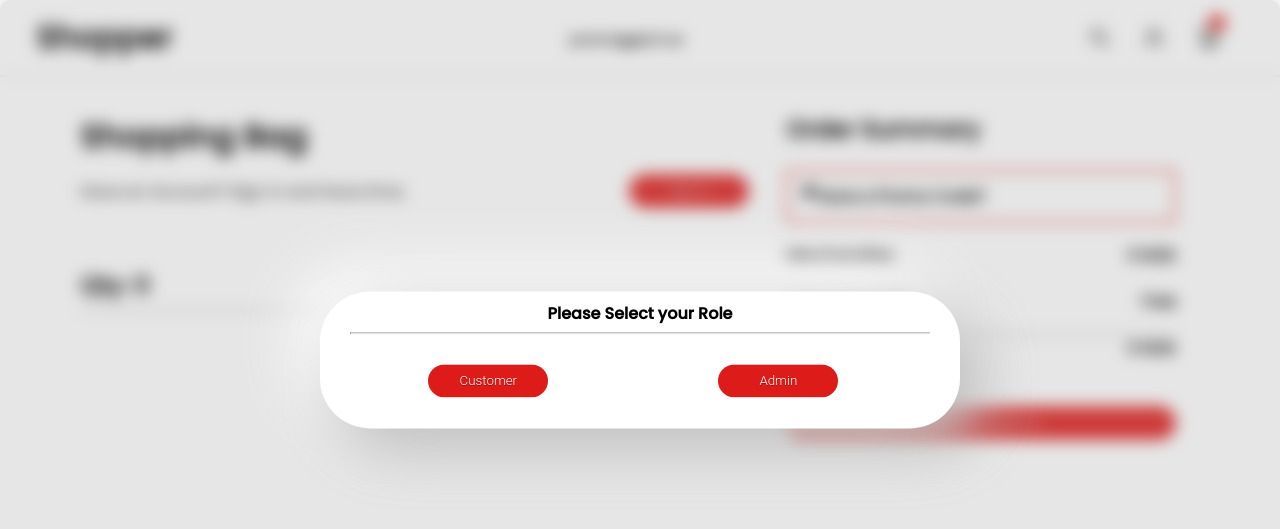
Repository: coolronts/aize-project
Page: /cart
These files come from the project's save history. The page is drawn as it stood at one moment and after the next save; the edit follows.
The browser window is 1280 px wide. The pictures show the whole page.
The project was rebuilt for these pictures with package versions that can differ from the ones it lists, and the page was loaded fresh each time. Also part of the build but not shown: src/components/CartItem/CartItem.tsx, src/pages/Shop/shop.module.css, src/components/Card/Card.tsx, src/components/EditModal/editModal.module.css, src/components/EditModal/EditModal.tsx, src/components/AddModal/addModal.module.css, src/components/AddModal/AddModal.tsx, src/pages/Shop/Shop.tsx.

Above is the page before, as saved 2021-09-17 11:41:15.

### src/index.css
* {
    line-height: 1.6;
}

h1 {
    font-size: 2em;
}

h2 {
    font-size: 1.5em;
}

h3 {
    font-size: 1.17em;
}

h4 {
    font-size: 1em;
}

### src/App.tsx
import React, { useState, useEffect } from 'react';
import {BrowserRouter,Switch,Route} from 'react-router-dom';

//components
import Cart from "./pages/Cart/Cart"
import Shop from "./pages/Shop/Shop"
import Modal from "./components/Modal/Modal"
import Header from "./components/Header/Header"

//context
import {UserContextProvider} from './context/user'
import {CommonContextProvider} from './context/common'

//interface
import {ProductCartType, IProduct} from './interfaces'

//api
import {Get, Delete} from './api/api'

const App: React.FunctionComponent = () => {
  //States
  //user States
  const [id, setId] = useState<number|null>(null)
  const [role, setRole]= useState<'ADMIN'|'CUSTOMER'|null>(null)

  //product States
  const [products, setProducts] = useState<ProductCartType[]>([])
  const [allProducts, setAllProducts] = useState<IProduct[]>([])
  const [cartQty, setCartQty] = useState<number>(0)

  //common States
  const [isLoading,setIsLoading] = useState<boolean>(false)
  const updateIsLoading = (state:boolean)=>{setIsLoading(state)}

  const [isError,setIsError] = useState<boolean>(false)
  const updateIsError = (state:boolean)=>{setIsError(state)}

  const [isEdit, setIsEdit] = useState<string>('')
  const updateIsEdit = (type:string)=>{setIsEdit(type)}

  const [isAdd, setIsAdd] = useState<boolean>(false)
  const updateIsAdd = (state:boolean)=>{setIsAdd(state)}


  const [selectedProduct, setSelectedProduct] = useState<IProduct>({} as IProduct)
  const updateSelectedProduct = (product: IProduct)=>{setSelectedProduct(product)}


  const getAllProducts = ()=>{
    updateIsLoading(true)
    Get.getProducts()
    .then(response => (setAllProducts(response)))
    .catch(error => (setIsError(error)))
    updateIsLoading(false)
  }

  const DeleteProduct = (id:number)=>{
    updateIsLoading(true)
    Delete.deleteProduct(id)
    .then(() => getAllProducts())
  }

  const addUser = (_id:number) =>{
    updateIsLoading(true)
    setId(()=>_id);
    (_id%2===0) ? setRole(()=>'CUSTOMER') : setRole(()=>'ADMIN')
    updateIsLoading(false)
  }

  const addProduct = (_id:number, _quantity:number) =>{
    const foundProduct = products.find(x => x.id === _id)
    if(foundProduct){foundProduct.quantity += _quantity}
    else{setProducts(products.concat({id:_id,quantity:_quantity}))}
    setCartQty(()=>cartQty+1)
  }

  const addCart = async (_cart:ProductCartType[])=>{setProducts(()=>(_cart))}

  useEffect(() =>{
    if(id != null){
      updateIsLoading(true)
      Get.getUserCart(id)
      .then(response =>{
        if(response.products != null){
          addCart(response.products)
          let totalQty = 0
          response.products.map((product) => totalQty += product.quantity)
          setCartQty(totalQty)
          updateIsLoading(false)}
        }
      )}
  },[id])


  const userContextValues ={Cart:{id,products},cartQty, role,addUser,addProduct, addCart, DeleteProduct}
  const commonContextValues = {selectedProduct, updateSelectedProduct, isLoading, isError, updateIsError, updateIsLoading, allProducts,  getAllProducts, isEdit, updateIsEdit, isAdd, updateIsAdd}


  return (
    <CommonContextProvider value={commonContextValues}>
      <UserContextProvider value={userContextValues}>
        {(id==null || isLoading ) && <Modal/>}
        <BrowserRouter>
          <Header/>
          <Switch>
            <Route path="/" exact component={Shop}/>
            {<Route path="/cart" exact component={Cart}/>}
          </Switch>
        </BrowserRouter>
      </UserContextProvider>
    </CommonContextProvider>
  )
};

export default App;

### src/pages/Cart/Cart.tsx
import React,{useContext,  useState} from 'react';
import styles from './cart.module.css';
import {AiFillTag} from "react-icons/ai";

//components
import CartItem from '../../components/CartItem/CartItem'

//context
import UserContext from '../../context/user'
const Cart: React.FunctionComponent = () => {

  const userContext = useContext(UserContext)
  const productsList = userContext.Cart.products

  const[total,setTotal]= useState<number>(0)

  const updateTotal = (newPrice:number):void =>{setTotal((prevState)=>newPrice+prevState)}

  return (
    <div className={styles.container}>
      <div className={styles.shoppingBag}>
        <h1>Shopping Bag</h1>
        <div className={styles.signInContainer}>
          <p>Have an Account? Sign in and Save time.</p>
          <button>Sign In </button>
        </div>
        <div className={styles.cart}>
          <h2>Qty: {userContext.cartQty} </h2>
          <hr/>
          {productsList.map((item,index) => {
            return (
              <div key={index}>
                <CartItem id={item.id} qty={item.quantity}  updateTotal={updateTotal}/>
              </div>
            )
          })}
        </div>
      </div>
      <div className={styles.orderSummary}>
        <h2>Order Summary</h2>
        <div className={styles.promoCode}>
          <AiFillTag/>
          <h4>Have a Promo Code?</h4>
        </div>
        <div className={styles.price}>
          <h4>Merchandise:</h4>
          <strong>{total} NOK</strong>
        </div>
        <div className={styles.price}>
          <h4>Estimated Ship:</h4>
          <strong>Free</strong>
        </div>
        <hr/>
        <div className={styles.price}>
          <h3><strong>Order Total</strong></h3>
          <strong>{total} NOK</strong>
        </div>
        <div className={styles.PayButtonContainer}>
          <button>Proceed to Checkout</button>
        </div>
      </div>
    </div>
  )
};

export default Cart;

### src/components/Modal/Modal.tsx
import React, { useContext } from 'react';
import styles from './modal.module.css'

//context
import UserContext from '../../context/user'
import CommonContext from '../../context/common'

const Modal: React.FunctionComponent = () => {
  const userContext = useContext(UserContext)
  const commonContext = useContext(CommonContext)

  return (
    <div className={styles.container}>
      <div className={styles.modal}>
        {commonContext.isLoading ?
          <div className={styles.loaderContainer}>
            <div className={styles.loader}></div>
          </div>

        :
          <>
            <h4>Please Select your Role</h4>
            <hr/>
            <div className={styles.buttonContainer}>
              <button onClick={()=>{!userContext.Cart.id && userContext.addUser(Math.floor(Math.random() * 49)*2)}}>Customer</button>
              <button onClick={()=>{!userContext.Cart.id && userContext.addUser(Math.floor(Math.random() * 49)*2 + 1)}}>Admin</button>
            </div>
          </>
        }
      </div>
    </div>
  )
}

export default Modal

### src/components/Header/Header.tsx
import React, {useContext} from 'react';
import styles from './header.module.css';
import {Link} from "react-router-dom";
//component
import Logo from '../Logo/Logo'
//context
import UserContext from '../../context/user';

const Header: React.FunctionComponent = () => {
  const userContext = useContext(UserContext)
  const role = userContext.role

  return (
    <header>
      <div>
        <Link to="/" className={styles.linkStyle}><h1>Shopper</h1></Link>
      </div>
      <h3 className={styles.role}> <span>you're logged in as </span>{role}</h3>
      <div className={styles.logoContainer}>
        <Logo logo={"search"}/>
        <Logo logo={"user"}/>
        <Logo logo={"cart"}/>
      </div>
    </header>
  )
}

export default Header

### src/context/user.ts
import { createContext } from "react";
import {IUserProp, ProductCartType} from '../interfaces'

//initializing the state
const UserContext = createContext<IUserProp>({
  Cart:{id:null,products:[]},
  role:null,
  cartQty: 0,
  addCart:(products:ProductCartType[])=>{},
  addUser:(id:number)=>{},
  addProduct:(id:number)=>{},
  DeleteProduct:(id:number)=>{}
})

export const UserContextConsumer = UserContext.Consumer;
export const UserContextProvider = UserContext.Provider;
export default UserContext;

### src/context/common.ts
import { createContext } from "react";
import {ICommon,IProduct} from '../interfaces'

//initializing the state
const CommonContext = createContext<ICommon>({
  isLoading:false,
  isError:false,
  updateIsLoading:(state:boolean) =>{},
  updateIsError:(state:boolean) =>{},
  allProducts:[],
  getAllProducts:()=>{},
  isEdit:'',
  updateIsEdit:(type:string)=>{},
  selectedProduct:{} as IProduct,
  updateSelectedProduct:(product:IProduct|null)=>{},
  isAdd:false,
  updateIsAdd:(state:boolean)=>{}
})

export const CommonContextConsumer = CommonContext.Consumer;
export const CommonContextProvider = CommonContext.Provider;
export default CommonContext;

### src/api/api.ts
import axios, {AxiosResponse} from 'axios';
import {IProduct, UserCartType} from '../interfaces'

const instance = axios.create({
  baseURL: 'http://localhost:8080',
  timeout: 15000,
});

const responseBody = (response: AxiosResponse) => response.data;

const requests = {
	get: (url: string) => instance.get(url).then(responseBody),
  delete: (url: string) => instance.delete(url).then(responseBody),
  put: (url: string, body: {}) => instance.put(url, body).then(responseBody),
  post: (url: string, body: {}) => instance.post(url, body).then(responseBody),
};


export const Get={
  getProducts: (): Promise<IProduct[]> => requests.get('products'),
  getUserCart: (id:number): Promise<UserCartType> => requests.get('carts/'+ id),
  getProduct: (id:number): Promise<IProduct> => requests.get('products/'+ id),
  searchProduct: (query:string): Promise<IProduct[]> => requests.get('products?q='+ query),
}

export const Delete={
  deleteProduct: (id:number): Promise<void> => requests.delete('products/'+id)
}

export const Put={
  updateProduct: (post: IProduct, id: number): Promise<IProduct> =>requests.put('/products/' + id, post)
}
export const Post={
  addProduct: (post: IProduct): Promise<IProduct> =>requests.post('/products', post)}

### src/pages/Cart/cart.module.css
strong {
    font-weight: 600;
}

.container {
    padding: 24px 80px;
    display: flex;
}

.shoppingBag {
    width: 80%;
    padding: 12px 0px;
}

.signInContainer {
    margin-bottom: 12px;
    margin-top: 12px;
    display: flex;
    align-items: center;
    justify-content: space-between;
}

.cart {
    padding-top: 46px;
}

.orderSummary {
    padding: 12px 24px 12px 24px;
    width: 50%;
}

.promoCode {
    display: flex;
    margin-top: 20px;
    margin-bottom: 20px;
    border: 2px solid #dd1c1a;
    padding: 12px 12px 12px 12px;
    width: 100%;
    text-align: center;
}

.price {
    display: flex;
    justify-content: space-between;
    margin-bottom: 20px;
}

.PayButtonContainer>button {
    margin-top: 20px;
    width: 100%;
}

.buttonContainer {
    margin-top: 24px;
    display: flex;
    justify-content: center;
}

button {
    cursor: pointer;
    width: 120px;
    background-color: #dd1c1a;
    display: inline-block;
    padding: 0.3em 1.2em;
    margin: 0 1em 0.1em 0;
    border: 0.16em solid rgba(255, 255, 255, 0);
    border-radius: 2em;
    box-sizing: border-box;
    text-decoration: none;
    font-family: 'Roboto', sans-serif;
    font-weight: 300;
    color: white;
    text-shadow: 0 0.04em 0.04em rgba(0, 0, 0, 0.35);
    text-align: center;
    transition: all 0.2s;
}

button:hover {
    border-color: rgba(255, 255, 255, 1);
}

@media screen and (max-width: 800px) {
    h1 {
        font-size: 14px;
    }
    h2 {
        font-size: 10px;
    }
    p {
        font-size: 12px;
    }
    button {
        width: 120px;
        border-radius: 0.3em;
        padding: 0.1em 0.4em;
    }
    .container {
        padding: 24px 24px;
    }
    .shoppingBag {
        width: 80%;
        padding: 12px 12px;
        text-align: left;
    }
    .signInContainer {
        margin-bottom: 0px;
        margin-top: 0px;
    }
    .cart {
        padding-top: 12px;
    }
    .orderSummary {
        display: none;
    }
}

### src/components/Modal/modal.module.css
.container {
    width: 100%;
    height: 100%;
    position: fixed;
    background: rgba( 155, 155, 155, 0.25);
    box-shadow: 0 8px 32px 0 rgba( 31, 38, 135, 0.37);
    backdrop-filter: blur( 8px);
    -webkit-backdrop-filter: blur( 8px);
    border-radius: 10px;
    z-index: 20;
}

.modal {
    text-align: center;
    background-color: white;
    border-radius: 10px;
    padding: 10px 30px;
    width: 50%;
    position: absolute;
    top: 50%;
    left: 50%;
    transform: translate(-50%, -50%);
    border-radius: 50px;
    background: white;
    box-shadow: 20px 20px 60px #bebebe, -20px -20px 60px #ffffff;
}

.buttonContainer {
    display: flex;
    margin: 20px 0;
    justify-content: space-around;
    flex-wrap: wrap;
}

.buttonContainer>button {
    margin-top: 10px;
}

.loaderContainer {
    padding: 10px 30px 10px 30px;
    width: 100%;
    height: 100%;
    display: flex;
    justify-content: center;
}

.loader {
    position: relative;
    border: 16px solid #f3f3f3;
    border-radius: 50%;
    border-top: 16px solid #3498db;
    width: 120px;
    height: 120px;
    -webkit-animation: spin 2s linear infinite;
    /* Safari */
    animation: spin 2s linear infinite;
}


/* Safari */

@-webkit-keyframes spin {
    0% {
        -webkit-transform: rotate(0deg);
    }
    100% {
        -webkit-transform: rotate(360deg);
    }
}

@keyframes spin {
    0% {
        transform: rotate(0deg);
    }
    100% {
        transform: rotate(360deg);
    }
}

@media screen and (max-width: 800px) {
    .container {
        text-align: center;
    }
}

### src/components/Header/header.module.css
header {
    box-shadow: 0 1px 3px 0 rgba(0, 0, 0, 0.1), 0 1px 2px 0 rgba(0, 0, 0, 0.06);
    padding: 12px 36px;
    display: flex;
    justify-content: space-between;
    align-items: center;
}

.logoContainer {
    display: flex;
}

.role {
    color: #dd1c1a;
}

.role>span {
    font-size: 12px;
    margin-right: 3px;
    color: black;
}

.linkStyle {
    text-Decoration: none;
    color: black;
}

@media screen and (max-width: 800px) {
    .linkStyle>h1 {
        font-size: 16px;
    }
}

### src/components/Logo/Logo.tsx
import React, {useContext, useState} from 'react'
import styles from './logo.module.css'
import {Link} from "react-router-dom"

//icons
import {MdCancel} from "react-icons/md"
import { AiOutlineShoppingCart, AiOutlineUser, AiOutlineSearch } from 'react-icons/ai';

//interface
import {IProduct} from '../../interfaces'

//context
import UserContext from '../../context/user'

//api
import {Get} from "../../api/api"

const Logo: React.FunctionComponent<{logo:string}>= ({logo}) => {
  const userContext = useContext(UserContext)

  const [searchItems, setSearchItems] = useState<IProduct[]>([])
  const [isSearch, setIsSearch] = useState<boolean>(false)

  const search = (keyword:any) =>{
    if(keyword.length===0){
      setIsSearch(false)
    }
    else{
      setIsSearch(true)
      Get.searchProduct(keyword)
      .then(result => {setSearchItems(()=>result.slice(0,5))})
    }
  }
  return (
    <>
      {logo==="cart" && (
        <Link to="/cart">
          <div className={styles.logoContainer}>
            <AiOutlineShoppingCart className={styles.icon}/>
            {userContext.Cart.products != null && (<p className={styles.badge}>{userContext.cartQty}</p>)}
          </div>
        </Link>
      )}

      {logo==="user" && (
        <div className={styles.logoContainer}>
         <AiOutlineUser className={styles.icon}/>
        </div>
      )}

      {logo==="search" && (
        <>
          { isSearch && <div className={styles.searchContainer}>
            <input type="text" onChange={(e)=>search(e.target.value)} className={styles.searchBox}/>
            <MdCancel onClick={()=>setIsSearch(false)}  />
            <>
              {isSearch &&
                <div className={styles.suggestionContainer}>
                  {isSearch && searchItems.map((item,index)=>{
                    return(
                      <div key={index} className={styles.suggestionContainer}>
                        <div className={styles.suggestion}>
                          <div className={styles.imageContainer}>
                            <img src={item.defaultImage} alt="product"/>
                          </div>

                          <div className={styles.info}>
                            <p className={styles.name}>{item.name}</p>
                            <p>Price: {item.price} Nok</p>
                            <p>Discount:  -{item.discount}%</p>
                          </div>
                        </div>
                        <hr></hr>
                      </div>
                     )
                  })}
                </div>
              }
            </>
          </div>}

          <div onClick={()=>{
            setIsSearch(true)
            setSearchItems([])
            }} className={styles.logoContainer}>
            <AiOutlineSearch  className={styles.icon}/>
          </div>
        </>
      )}
    </>
  )
}

export default Logo

### src/components/CartItem/cartItem.module.css
strong {
    font-weight: 600;
}

.product {
    display: flex;
    margin-top: 20px;
    border-bottom: 2px solid whitesmoke;
    padding-bottom: 10px;
}

.imageContainer>img {
    width: 200px;
}

.productInfo {
    height: inherit;
    display: flex;
    flex-direction: column;
    justify-content: space-between;
    margin-left: 20px;
    width: 50%;
}

.vl {
    border-left: 2px solid #D3D3D3;
    height: 60px;
    align-self: center;
}

.productSummary {
    margin-left: 20px;
    display: flex;
    flex-direction: column;
    justify-content: center;
    text-align: center;
    color: #dd1c1a;
    width: 45%;
}

@media screen and (max-width: 800px) {
    h1 {
        font-size: 14px;
    }
    h2 {
        font-size: 10px;
    }
    p {
        font-size: 12px;
    }
    .product {
        flex-direction: column;
    }
    .imageContainer>img {
        width: 200px;
    }
    .productInfo {
        margin-left: 0px;
        width: 100%;
    }
    .vl {
        display: none
    }
    .productSummary {
        margin-left: 0px;
        flex-direction: row;
        justify-content: flex-start;
        text-align: left;
    }
}

### src/components/Card/card.module.css
            @import url('https://fonts.googleapis.com/css2?family=Poppins:wght@300;400;500&display=swap');
            * {
                margin: 0;
                padding: 0;
                box-sizing: border-box;
                font-family: 'Poppins', sans-serif;
            }

            .container {
                overflow: hidden;
                position: relative;
                display: flex;
                flex-direction: column;
                justify-content: space-between;
                cursor: pointer;
                width: 300px;
                height: 360px;
                padding: 25px;
                background: #fff;
                max-width: 260px;
                border-radius: 20px;
                margin: 10px auto;
                box-shadow: 0 5px 10px rgba(154, 160, 185, .05), 0 15px 40px rgba(166, 173, 201, .2);
            }

            .discount {
                position: absolute;
                background-color: #dd1c1a;
                font-weight: bold;
                font-size: 14px;
                color: white;
                padding-left: 20px;
                padding-top: 24px;
                height: 65px;
                width: 65px;
                border-radius: 50%;
                left: -10px;
                top: -15px;
                box-shadow: 0 5px 10px rgba(146, 61, 36, 0.05), 0 15px 40px rgba(165, 83, 63, 0.2);
            }

            .imageContainer {
                text-align: center;
            }

            .imageContainer>img {
                width: 100px;
            }

            .adminControl {
                display: flex;
                justify-content: center;
            }

            .adminControl>.icon {
                margin-right: 10px;
                padding: 3px 3px 3px 3px;
                font-size: 30px;
            }

            .adminControl>.icon:hover {
                box-shadow: 0 5px 10px rgba(146, 61, 36, 0.05), 0 15px 40px rgba(165, 83, 63, 0.2);
            }

            .icon {
                color: #dd1c1a;
            }

            .name {
                font-weight: bold;
                text-align: center;
                margin-top: 5px;
                height: 40px;
            }

            .description {
                font-weight: 500;
                font-size: 12px;
                text-align: justify;
                margin-bottom: 10px;
                line-height: normal;
                white-space: pre-wrap;
                overflow: hidden;
                text-overflow: ellipsis;
                height: 80px;
            }

            .price {
                text-align: center;
                font-weight: bolder;
                color: #dd1c1a;
                margin-bottom: 10px;
            }

            .buttonContainer {
                display: flex;
                justify-content: space-around;
            }

            .buttonContainer>button {
                cursor: pointer;
                width: 120px;
                background-color: #dd1c1a;
                display: inline-block;
                padding: 0.3em 1.2em;
                margin: 0 0.1em 0.1em 0;
                border: 0.16em solid rgba(255, 255, 255, 0);
                border-radius: 2em;
                box-sizing: border-box;
                text-decoration: none;
                font-family: 'Roboto', sans-serif;
                font-weight: 300;
                color: white;
                text-shadow: 0 0.04em 0.04em rgba(0, 0, 0, 0.35);
                text-align: center;
                transition: all 0.2s;
            }

            .buttonContainer>button:hover {
                border-color: rgba(255, 255, 255, 1);
            }

            @media screen and (max-width: 800px) {
                .container {
                    justify-content: start
                }
                .name {
                    margin-top: 5px;
                }
                .description {
                    font-weight: 300;
                    font-size: 12px;
                    line-height: normal;
                    white-space: pre-wrap;
                    overflow: hidden;
                    text-overflow: ellipsis;
                }
                .price {
                    text-align: center;
                    display: block;
                    font-size: 16px;
                    width: 100%;
                }
            }

### src/components/Logo/logo.module.css
.logoContainer {
    position: relative;
    cursor: pointer;
    border-radius: 18px;
    padding: 18px;
    z-index: 1;
    margin-right: 18px;
}

.logoContainer:hover {
    box-shadow: 0 5px 10px rgba(146, 61, 36, 0.05), 0 15px 40px rgba(165, 83, 63, 0.2);
}

.icon {
    position: absolute;
    font-size: 24px;
    color: black;
    z-index: 5;
    top: 0;
    bottom: 0;
    left: 0;
    right: 0;
    margin: auto auto auto auto;
}

.badge {
    position: absolute;
    background-color: #dd1c1a;
    color: white;
    font-weight: bold;
    font-size: 8px;
    width: 18px;
    height: 18px;
    border-radius: 50%;
    text-align: center;
    top: -6px;
    line-height: 18px;
}

.searchContainer {
    width: 100%;
    height: 100%;
    left: 0;
    padding: 2% 20%;
    position: fixed;
    background: rgba( 255, 255, 255, 1);
    box-shadow: 0 8px 32px 0 rgba( 31, 38, 135, 0.37);
    backdrop-filter: blur( 4px);
    -webkit-backdrop-filter: blur( 4px);
    border-radius: 10px;
    border: 1px solid rgba( 255, 255, 255, 0.18);
    z-index: 20;
    text-align: center;
    overflow-y: scroll;
}

.searchContainer>input {
    margin-top: 5%;
    border-radius: 12px;
    outline: none;
    border: 1px solid black;
    padding: 0.5em 1em 0.5em 1em;
}

.suggestion {
    padding-top: 10px;
    display: flex;
    justify-content: center;
    align-items: center;
    margin-bottom: 3px;
    margin-top: 10px;
    width: 100%;
    border-radius: 12px;
}

.suggestion:hover {
    background-color: gainsboro;
}

.imageContainer {
    padding: 20px;
}

.imageContainer>img {
    width: 100px;
}

.info {
    display: flex;
    flex-direction: column;
    text-align: left;
    width: 60%;
}

.name {
    font-size: 18px;
}

.price {
    margin-top: 5px;
    width: 60%;
    display: flex;
    justify-content: space-around;
    width: 100%;
    font-size: 12px;
}

.suggestion>img {
    width: 5%;
    border-radius: 12px;
}

hr {
    margin-top: 5px;
}

@media screen and (max-width: 800px) {
    .logoContainer {
        margin-right: 0px;
    }
    .icon {
        font-size: 16px;
    }
    h3 {
        display: none;
    }
    h3>span {
        display: block;
    }
    .searchContainer {
        position: fixed;
        left: 0;
        top: 0;
        padding: 20px 20px;
    }
    .suggestion {
        align-items: center;
        margin-bottom: 3px;
        margin-top: 10px;
        width: 100%;
        margin-left: 0%;
    }
}

Loaded but not shown: public/index.html (common file); src/index.tsx (common file)

After the next save:
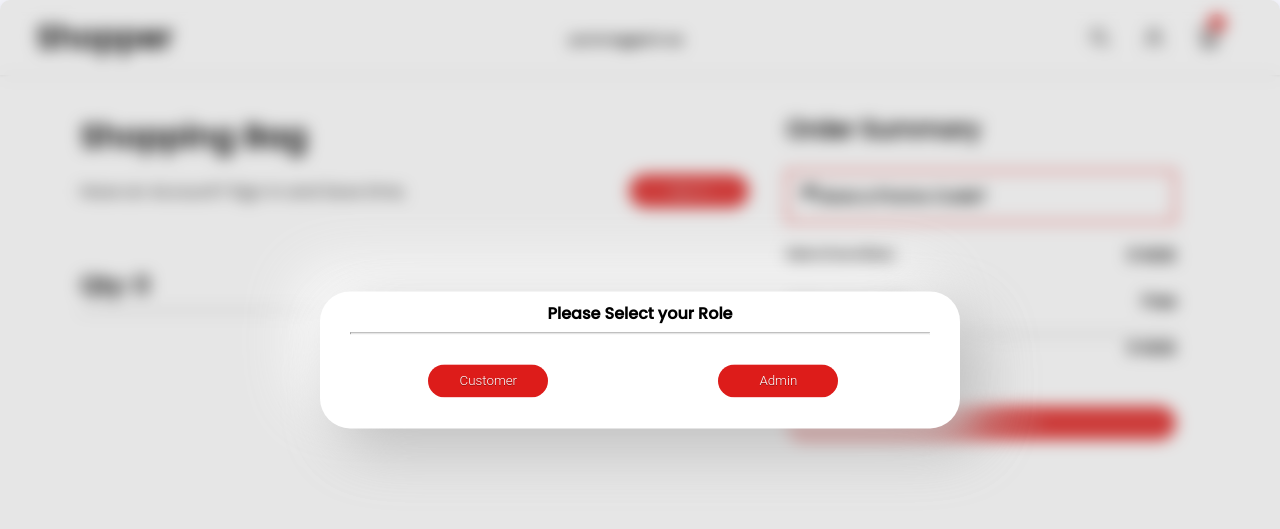
Saved 62 s later.
--- a/src/components/Modal/modal.module.css
+++ b/src/components/Modal/modal.module.css
@@ -20,7 +20,7 @@
     top: 50%;
     left: 50%;
     transform: translate(-50%, -50%);
-    border-radius: 50px;
+    border-radius: 30px;
     background: white;
     box-shadow: 20px 20px 60px #bebebe, -20px -20px 60px #ffffff;
 }
